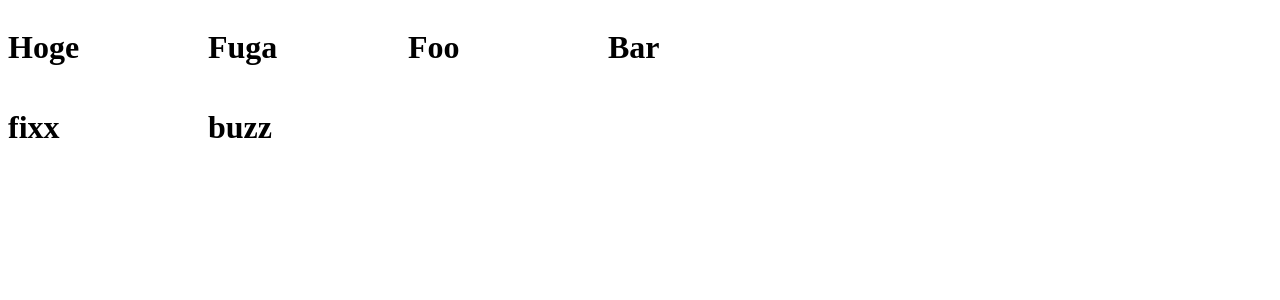
Repository: otanaoyuki/samurai_HTML-CSS
Page: sss.html
The author's editor kept a record of every edit. The page is drawn from the files as they stood at one moment, then again after the next edit.
The browser window is 1280 px wide. The pictures show the whole page.

Above is the page before.

After the next edit:
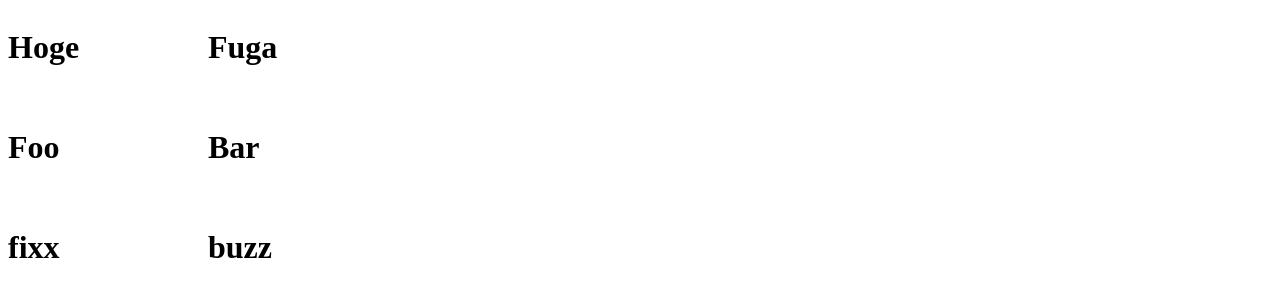
The edit:
--- a/sss.html
+++ b/sss.html
@@ -4,7 +4,8 @@
         <style>
             #grid {
                 display: grid;
-                grid-template-columns: 200px 200px 200px 200px;
+                grid-template-columns: 200px 200px;
+                grid-template-rows: 100px 100px 100px;
             }
         </style>
     </head>
